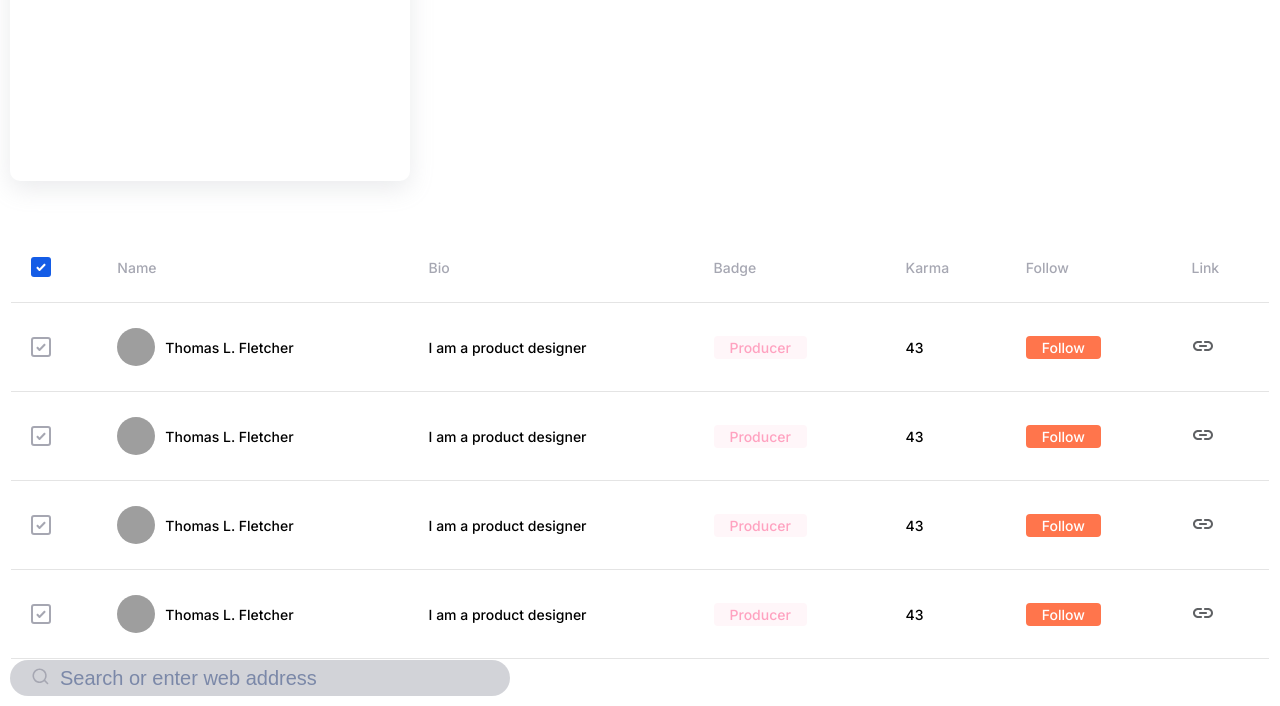
Repository: anhphapap/CSS
Page: test.html
An editor plug-in stored every save of this project. The page is shown before and after the next save, followed by the edit.
The browser window is 1280 px wide. The pictures show the part of the page from y = 642 to 1348 px (the page is 1348 px tall).
Pictures or frames that could not be fetched are drawn as grey boxes. A picture or video elsewhere on the page could not be fetched, so the positions and the page height are approximate.

Above is the page before, as saved 2023-04-09 22:16:32.

After the next save:
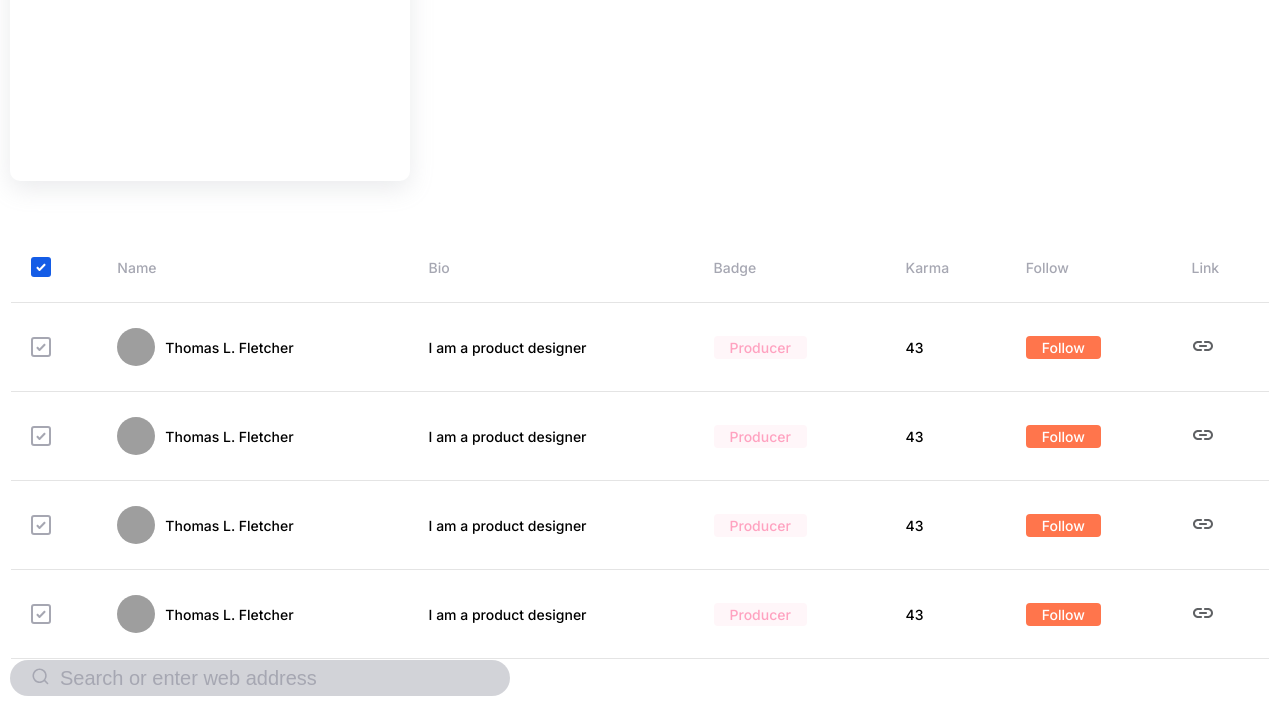
Saved 16 s later.
--- a/CSS/test.css
+++ b/CSS/test.css
@@ -404,7 +404,7 @@ td,th{
 }
 
 input::placeholder{
-    color: #7B88A8;
+    color: #A6A7B2;
 }
 
 .input-search:focus{
